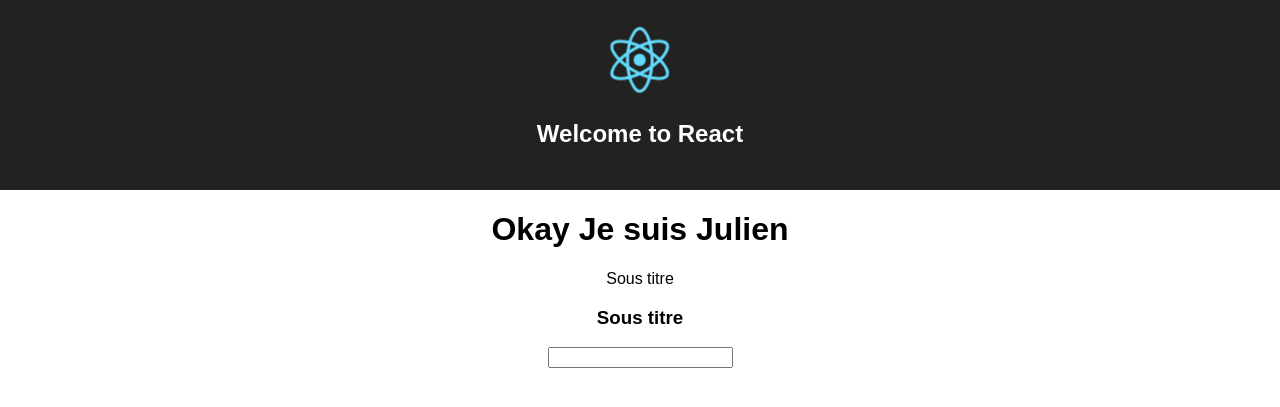
Repository: Symfomany/reactcontext
Page: /
An editor plug-in stored every save of this project. The page is shown before and after a run of saves, followed by the edit.
The browser window is 1280 px wide. The pictures show the whole page.
The project was rebuilt for these pictures with package versions that can differ from the ones it lists, and the page was loaded fresh each time.

Above is the page before, as saved 2018-06-04 07:21:58.

After the next 3 saves:
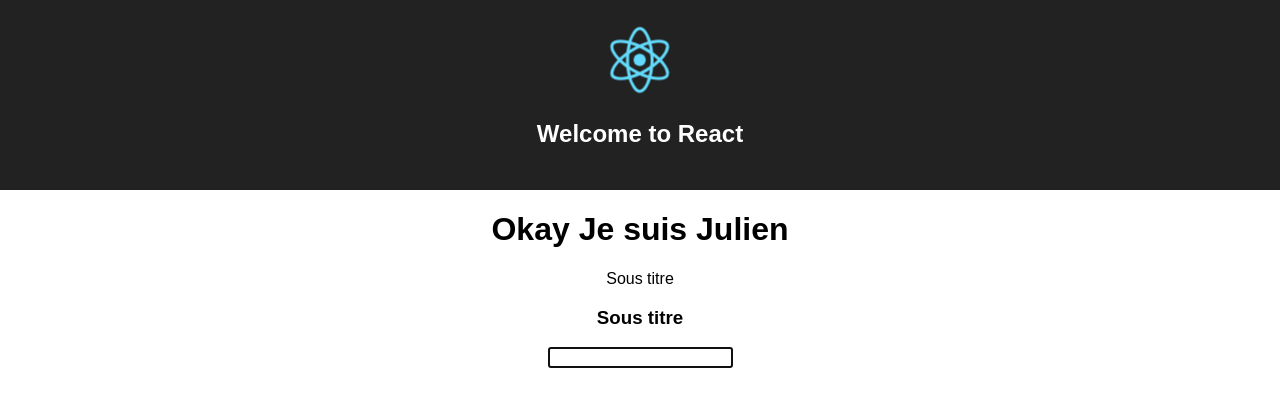
The 3 saves are shown as one change because they came seconds apart.
The last was saved 18 s later.
--- a/src/Form.js
+++ b/src/Form.js
@@ -8,7 +8,8 @@
   }
 
   componentDidMount() {
-    console.log(this.input);
+    //console.log(this.input);
+    this.input.focus();
   }
 
   render() {
